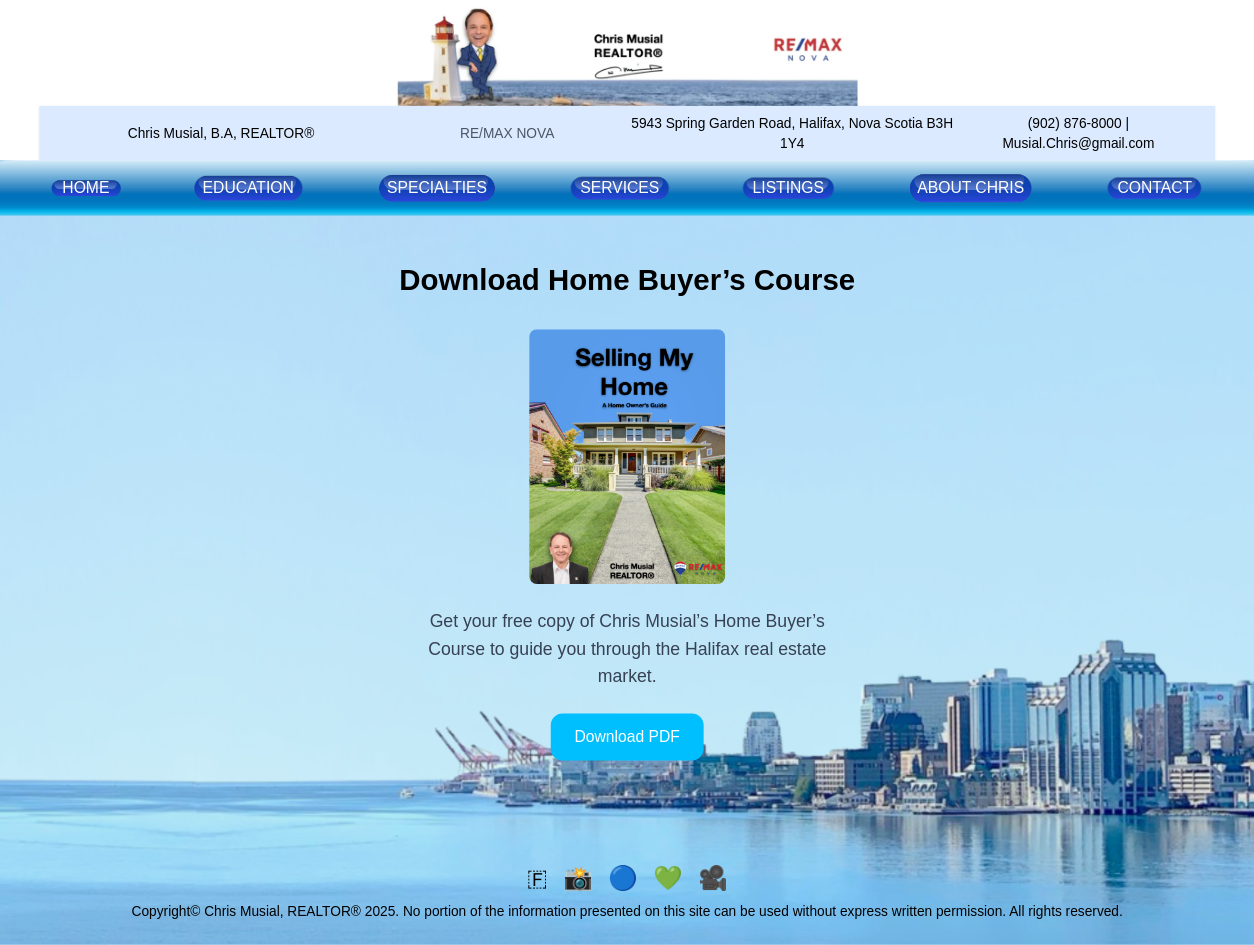
Repository: TMuse333/father-website
Page: /SellingMyHome (app in frontend/)
An editor plug-in stored every save of this project. The page is shown before and after the next save, followed by the edit.
The browser window is 1280 px wide. The pictures show the whole page, at 98% of full size.
The project was rebuilt for these pictures with package versions that can differ from the ones it lists, and the page was loaded fresh each time. The framework's server and built-in components were replaced by stand-ins that run in the browser. Also part of the build but not shown: frontend/next.config.ts.

Above is the page before, as saved 2025-05-24 16:17:58.

### frontend/src/app/SellingMyHome/page.tsx


import DownloadPage from "@/components/downloadPage/downloadPage"
import { Metadata } from "next";

export const metadata: Metadata = {
  title: "Sell Your Home with Chris Musial | Halifax Real Estate",
  description:
    "Partner with Chris Musial, a RE/MAX Nova agent, to sell your home in Halifax, Nova Scotia. Professional marketing and expert guidance for a successful sale.",
  keywords: [
    "Chris Musial",
    "Sell home Halifax",
    "Halifax real estate agent",
    "RE/MAX Nova home sales",
    "Halifax housing market",
    "Real estate Halifax Nova Scotia",
  ],
  openGraph: {
    title: "Sell Your Home with Chris Musial | Halifax Real Estate",
    description:
      "Chris Musial, a dedicated RE/MAX Nova agent, provides tailored services to sell your home in Halifax, Nova Scotia, with proven strategies and expertise.",
    url: "https://www.ChrisMusial.realtor/selling-home",
    images: [
      {
        url: "https://www.ChrisMusial.realtor/chris-musial-selling-home.png",
        width: 1200,
        height: 630,
        alt: "Sell Your Home with Chris Musial | Halifax Real Estate",
      },
    ],
    type: "website",
    locale: "en_US",
    siteName: "Chris Musial | Halifax Real Estate",
  },
  icons: {
    icon: ["/favicon.ico?v=4"],
  },
};


const Page = () => {


    return (
        <>
        <DownloadPage
        brochureImage="/chris-musial-selling-home.png"
        pdfPath="chris-musial-selling-home.pdf"/>
        </>
    )
}

export default Page

### frontend/src/components/downloadPage/downloadPage.tsx

"use client";

import React from "react";
import Image from "next/image";

import { motion } from "framer-motion";
import Navbar from "../navbar/navbar";

interface DownloadPageProps {
  pdfPath?: string;
  brochureImage?: string;
}

const DownloadPage: React.FC<DownloadPageProps> = ({
  pdfPath = "/chris-musial-home-buyers-course.pdf",
  brochureImage = "/home.png",
}) => {
  return (
    <div className="min-h-screen bg-gray-100 text-black flex flex-col relative">
      {/* Background Image */}
      <Image
        src="/portrait.png"
        alt="Cityscape Background"
        fill
        className="object-cover z-0"
        priority
        style={{ objectPosition: "0 100%" }}
      />

      {/* Header Section */}
      <header className="relative z-10 bg-white">
        <div className="relative w-full h-[15vh] max-h-[150px]">
          <Image
            src="/father-header.webp"
            alt="Chris Musial Realtor"
            fill
            className="object-contain max-w-[1200px] mx-auto"
            priority
          />
        </div>
        <div className="max-w-7xl mx-auto flex flex-col sm:flex-row justify-between items-center bg-white shadow max-w-[1200px] bg-blue-200">
          <div className="flex flex-col py-2 bg-blue-100 md:flex-row justify-between items-center w-full px-4 text-center">
            <div className="flex flex-col md:flex-row text-xs md:text-sm md:w-1/2 justify-around mb-4 md:mb-0">
              <p>Chris Musial, B.A, REALTOR®</p>
              <p className="text-gray-600">RE/MAX NOVA</p>
            </div>
            <div className="flex flex-col md:flex-row text-xs md:text-sm md:w-1/2 justify-around">
              <p>5943 Spring Garden Road, Halifax, Nova Scotia B3H 1Y4</p>
              <p>(902) 876-8000 | Musial.Chris@gmail.com</p>
            </div>
          </div>
        </div>
      </header>

      {/* Navigation */}
      <Navbar excludedLink="Download" />

      {/* Download Section */}
      <section className="max-w-7xl mx-auto py-12 px-4 relative z-10">
        <motion.h2
          className="text-3xl font-bold text-black mb-8 text-center"
          initial={{ opacity: 0, y: -20 }}
          animate={{ opacity: 1, y: 0 }}
          transition={{ duration: 0.6 }}
        >
          Download Home Buyer’s Course
        </motion.h2>
        <motion.div
          className="flex flex-col items-center mb-8 max-w-md mx-auto"
          initial={{ opacity: 0, scale: 0.95 }}
          animate={{ opacity: 1, scale: 1 }}
          transition={{ duration: 0.6, delay: 0.2 }}
        >
          <Image
            src={brochureImage}
            alt="Home Buyer's Course Brochure"
            width={200}
            height={200}
            className="object-contain rounded-lg mb-6"
          />
          <p className="text-lg text-gray-700 text-center mb-6">
            Get your free copy of Chris Musial’s Home Buyer’s Course to guide you
            through the Halifax real estate market.
          </p>
          <motion.a
            href={pdfPath}
            download
            className="bg-[#00bfff] text-white px-6 py-3 rounded-xl hover:scale-[1.05] transition-all"
            initial={{ opacity: 0, y: 20 }}
            animate={{ opacity: 1, y: 0 }}
            transition={{ duration: 0.6, delay: 0.4 }}
          >
            Download PDF
          </motion.a>
        </motion.div>
      </section>

      {/* Footer Section */}
      <footer className="py-6 relative z-10 text-black">
        <div className="max-w-7xl mx-auto px-4 flex flex-col items-center">
          <div className="flex space-x-4 mb-2">
            {["🇫", "📸", "🔵", "💚", "🎥"].map((icon) => (
              <a key={icon} href="#" className="text-2xl">
                {icon}
              </a>
            ))}
          </div>
          <p className="text-sm text-center">
            Copyright© Chris Musial, REALTOR® 2025. No portion of the information
            presented on this site can be used without express written permission.
            All rights reserved.
          </p>
        </div>
      </footer>
    </div>
  );
};

export default DownloadPage;

### frontend/src/components/navbar/navbar.tsx

"use client";

import React, { useState } from "react";
import { Menu, X } from "lucide-react";
import Link from 'next/link'

interface NavbarProps {
  excludedLink?: string;
}

const Navbar: React.FC<NavbarProps> = ({ excludedLink }) => {
  const [isMenuOpen, setIsMenuOpen] = useState(false);

  const toggleMenu = () => {
    setIsMenuOpen(!isMenuOpen);
  };

  const navItems = [
    { name: "Home", href: "/" },
    { name: "Education", href: "#education" },
    { name: "Specialties", href: "#specialties" },
    { name: "Services", href: "#services" },
    { name: "Listings", href: "#listings" },
    { name: "About Chris", href: "#about-chris" },
    { name: "Contact", href: "/contact" },
  ];

  const filteredNavItems = excludedLink
    ? navItems.filter(
        (item) => item.name.toLowerCase() !== excludedLink.toLowerCase()
      )
    : navItems;

  return (
    <nav
      className="text-white p-2 relative z-10"
      style={{
        backgroundImage: "url('/container.png')",
        backgroundSize: "cover",
        backgroundPosition: "center",
      }}
    >
      <div className="max-w-7xl mx-auto px-4">
        <div className="flex justify-between items-center md:hidden">
          <button onClick={toggleMenu} className="p-2 focus:outline-none">
            {isMenuOpen ? <X size={24} /> : <Menu size={24} />}
          </button>
        </div>
        <div
          className={`${
            isMenuOpen ? "flex" : "hidden"
          } md:flex flex-col md:flex-row md:justify-around md:space-x-4 space-y-2 md:space-y-0 py-2 md:py-0 transition-all duration-300 ease-in-out`}
        >
          {filteredNavItems.map((item) => (
            <Link
              key={item.name}
              href={item.href}
              className="px-4 py-2 rounded hover:scale-[1.15] text-center transition-all
            md:text-md"
              style={{
                backgroundImage: "url('/button-bg.png')",
                backgroundSize: "cover",
                backgroundPosition: "center",
              }}
              onClick={() => setIsMenuOpen(false)}
            >
              {item.name.toUpperCase()}
            </Link>
          ))}
        </div>
      </div>
    </nav>
  );
};

export default Navbar;

Loaded but not shown: frontend/src/app/layout.tsx (common file); frontend/src/app/globals.css (common file)

After the next save:
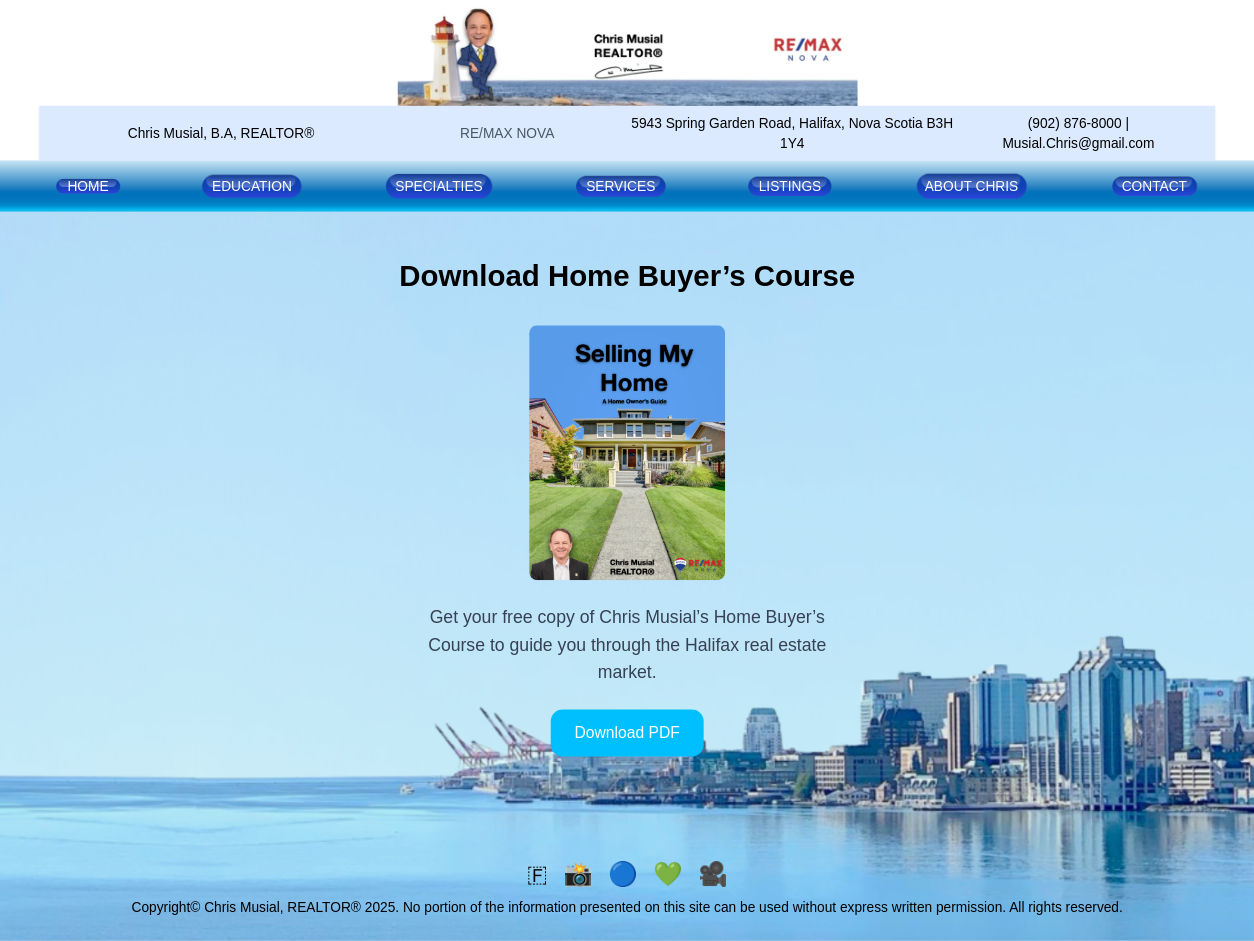
Saved 7 s later.
--- a/frontend/src/components/navbar/navbar.tsx
+++ b/frontend/src/components/navbar/navbar.tsx
@@ -57,6 +57,7 @@
               key={item.name}
               href={item.href}
               className="px-4 py-2 rounded hover:scale-[1.15] text-center transition-all
+              text-sm
             md:text-md"
               style={{
                 backgroundImage: "url('/button-bg.png')",

After the save that followed:
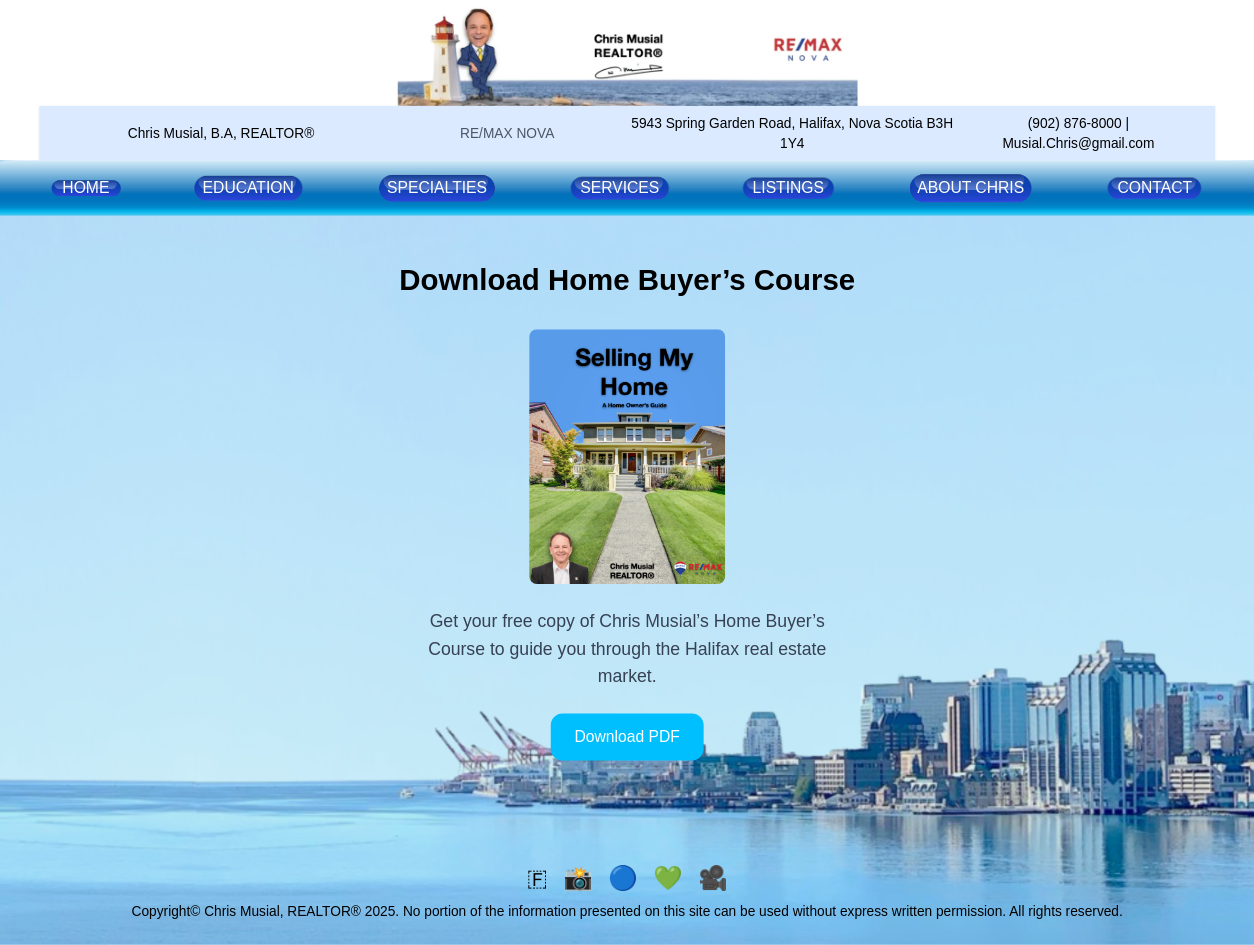
Saved 41 s later.
--- a/frontend/src/components/navbar/navbar.tsx
+++ b/frontend/src/components/navbar/navbar.tsx
@@ -57,8 +57,7 @@
               key={item.name}
               href={item.href}
               className="px-4 py-2 rounded hover:scale-[1.15] text-center transition-all
-              text-sm
-            md:text-md"
+             "
               style={{
                 backgroundImage: "url('/button-bg.png')",
                 backgroundSize: "cover",
